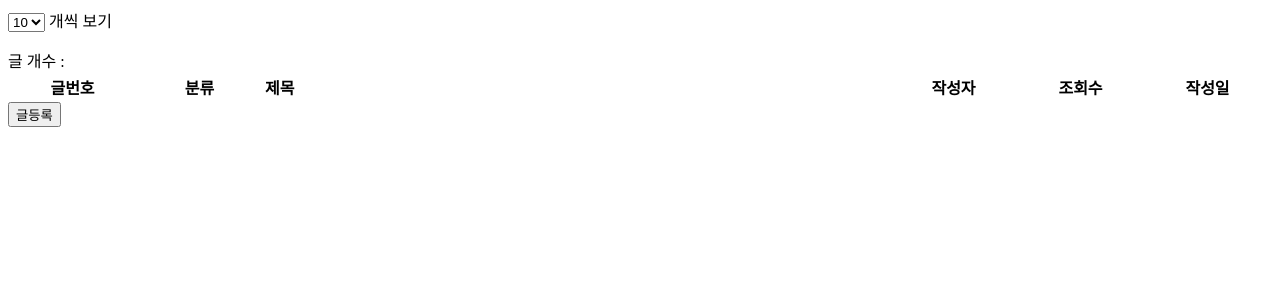
Repository: ekgus419/hckj
Page: http://localhost/Railro/WEB-INF/views/freeBoard/freeBoardList.jsp
An editor plug-in stored every save of this project. The page is shown before and after the next save, followed by the edit.
The browser window is 1280 px wide. The pictures show the whole page.
The page is served by Tomcat 9. Nobody is signed in. Other server files are loaded and not shown. The template is opened directly, without the code that normally fills it, so the values that code supplies are empty.

Above is the page before, as saved 2016-09-01 04:03:45.

### Railro/src/main/webapp/WEB-INF/views/freeBoard/freeBoardList.jsp
<%@ page language="java" pageEncoding="UTF-8" trimDirectiveWhitespaces="true"%>
<%@ taglib prefix="c" uri="http://java.sun.com/jsp/jstl/core" %>

<div class="content">
	<div class="setting">
		<div class="limit-setting">
			<form action="" method="get">
				<select name="limit" onchange="limit_submit()">
					<option value="5">5</option>
					<option value="10" selected="selected">10</option>
					<option value="15">15</option>
					<option value="20">20</option>
				</select>
				개씩 보기
			</form>
		</div>
		<span>글 개수 : <b>${listCount}</b></span>
	</div>
	<table width="100%">
	  <tr>
	    <th width="10%">글번호</th>
	    <th width="10%">분류</th>
	    <th width="50%" style="text-align: left">제목</th>
	    <th width="10%">작성자</th>
	    <th width="10%">조회수</th>
	    <th width="10%">작성일</th>
	  </tr>

	 <c:forEach var="freeBoard" items="${freeBoardList}">
	  <tr>
	  	<td> ${freeBoard.ID}</td>
	  	<td>${freeBoard.SUBJECT}</td>
	  	<td style="text-align: left"><a href="freeBoardDetail.htm?ID=${freeBoard.ID}">${freeBoard.TITLE}></a></td>
	  	<td>${freeBoard.WRITER}</td>
	  	<td>${freeBoard.HIT}</td>
	  	<td>${freeBoard.REGDATE}</td>
	  </tr>
	  </c:forEach>
	</table>

	<div class="button1">
		<button class="button" onclick="location.href='freeBoardReg.htm'">글등록</button>
	</div>
	<div class="paging" align="center">
		<jsp:include page="../inc/pageing.jsp" flush ="true">
			<jsp:param name="firstPageNo" value="${paging.firstPageNo}" />
			<jsp:param name="prevPageNo" value="${paging.prevPageNo}" />
			<jsp:param name="startPageNo" value="${paging.startPageNo}" />
			<jsp:param name="pageNo" value="${paging.pageNo}" />
			<jsp:param name="endPageNo" value="${paging.endPageNo}" />
			<jsp:param name="nextPageNo" value="${paging.nextPageNo}" />
			<jsp:param name="finalPageNo" value="${paging.finalPageNo}" />
		</jsp:include>
	</div>

      <!-- 검색입력 폼 -->
	<form method="post" action="freeBoardSearchList.htm">
		<div class="search">
		  	<select name="keyField">
		  		<option value="ID">번호 </option>
		        <option value="WRITER">작성자 </option>
		        <option value="TITLE">제목 </option>
				<option value="CONTENTS">내용 </option>
				<option value="SUBJECT">분류 </option>
		    </select>
		  	<input type="text" name="keyWord" size="15"/>
			<input type="submit" value="검색"/>
		</div>
	 </form>
</div>

### Railro/src/main/webapp/WEB-INF/views/inc/paging.jsp
<%@ page language="java" contentType="text/html; charSet=UTF-8" pageEncoding="UTF-8" %>
<%@ taglib prefix="c" uri="http://java.sun.com/jsp/jstl/core" %>

<style>
.selected{
	font-weight: bold;
}
</style>
<script type="text/javascript">
	function goPage(pageNo){
		document.listForm.pageNo.value = pageNo;
		document.listForm.submit();
	}
</script>

<div class="pagination">
	<a href="javascript:goPage(${param.firstPageNo})" class="first">처음&nbsp;</a>
	<a href="javascript:goPage(${param.prevPageNo})" class="prev">이전&nbsp;</a>
	<span>
		<c:forEach var="i" begin="${param.startPageNo}" end="${param.endPageNo}" step="1">
			<c:choose>
				<c:when test="${i eq param.pageNo}">
					<a href="javascript:goPage(${i})" class="selected">${i}&nbsp;</a>
				</c:when>
				<c:otherwise>
					<a href="javascript:goPage(${i})">${i}&nbsp;</a>
				</c:otherwise>
			</c:choose>
		</c:forEach>
	</span>
	<a href="javascript:goPage(${param.nextPageNo})" class="next">다음&nbsp;</a>
	<a href="javascript:goPage(${param.finalPageNo})" class="last">마지막</a>
</div>

After the next save:
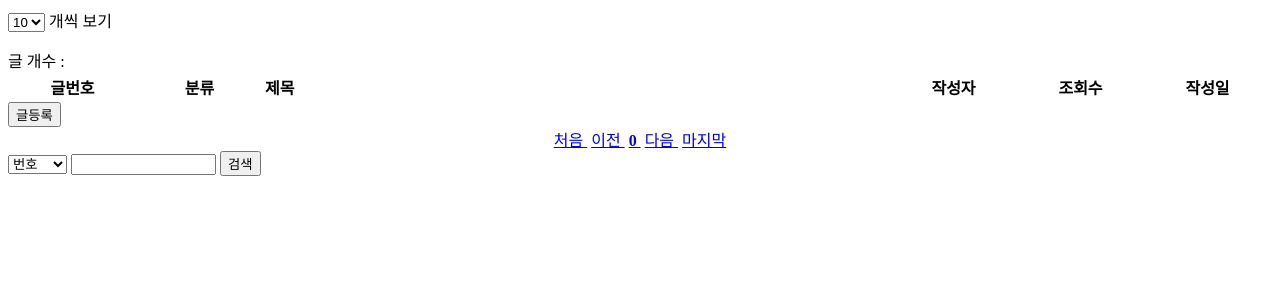
Saved 16 min 45 s later.
--- a/Railro/src/main/webapp/WEB-INF/views/freeBoard/freeBoardList.jsp
+++ b/Railro/src/main/webapp/WEB-INF/views/freeBoard/freeBoardList.jsp
@@ -42,7 +42,7 @@
 		<button class="button" onclick="location.href='freeBoardReg.htm'">글등록</button>
 	</div>
 	<div class="paging" align="center">
-		<jsp:include page="../inc/pageing.jsp" flush ="true">
+		<jsp:include page="../inc/paging.jsp" flush ="true">
 			<jsp:param name="firstPageNo" value="${paging.firstPageNo}" />
 			<jsp:param name="prevPageNo" value="${paging.prevPageNo}" />
 			<jsp:param name="startPageNo" value="${paging.startPageNo}" />
